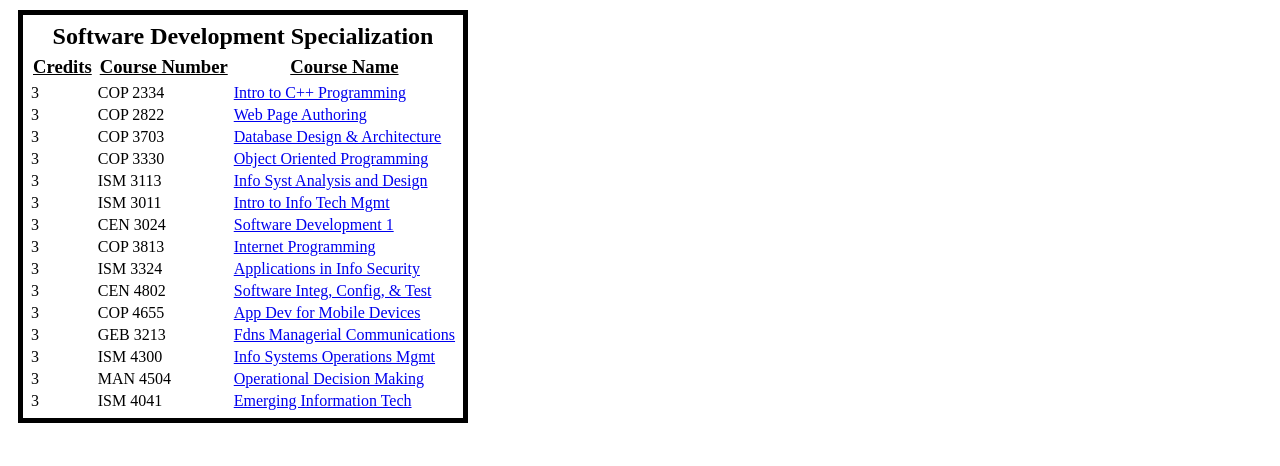
Repository: mlmEFSC21/P5-DegreeTableStyling
Page: FormattedProgramSpecialization1.html
The author's editor kept a copy of each file at every save. The page is drawn from the files as they stood at one save, then again after the next save.
The browser window is 1280 px wide. The pictures show the whole page.

Above is the page before, as saved 2022-02-07 16:13:32.

After the next save:
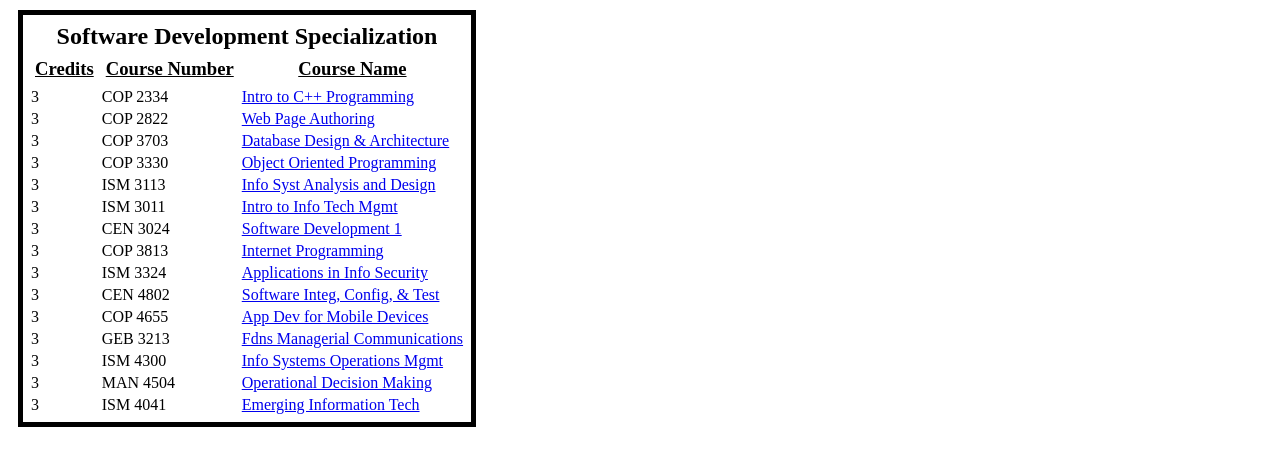
Saved 14 s later.
--- a/FormattedProgramSpecialization1.html
+++ b/FormattedProgramSpecialization1.html
@@ -21,9 +21,9 @@
                     </th>
                 </tr>
                 <tr style="font-size: 14pt; text-decoration: underline">
-                    <th style="padding: 3px">Credits</th>
-                    <th style="padding: 3px">Course Number</th>
-                    <th style="padding: 3px">Course Name</th>
+                    <th style="padding: 5px">Credits</th>
+                    <th style="padding: 5px">Course Number</th>
+                    <th style="padding: 5px">Course Name</th>
                 </tr>
             </thead>
             <tbody style="font-size: 12pt; text-align: left">
